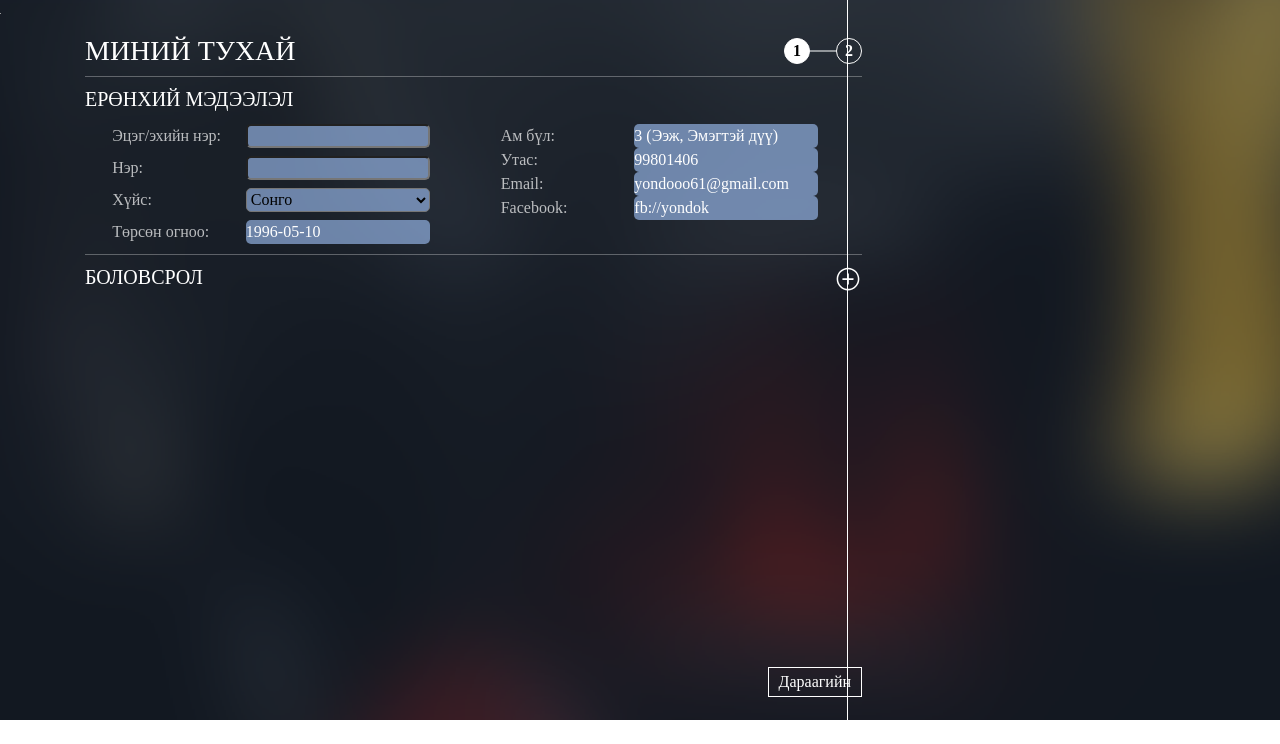
Repository: Yondo202/svProject
Page: /
These files come from the project's save history. The page is drawn as it stood at one moment and after the next save; the edit follows.
The browser window is 1280 px wide. The pictures show the whole page.
The project was rebuilt for these pictures with package versions that can differ from the ones it lists, and the page was loaded fresh each time. The framework's server and built-in components were replaced by stand-ins that run in the browser. Also part of the build but not shown: next.config.js, style/style.scss.

Above is the page before, as saved 2020-11-20 01:30:41.

### pages/_app.js
import React from "react";
import App from "next/app";
import '../style/style.scss'
import { AnimatePresence } from "framer-motion";
import { MenuProvider } from "@/miscs/ContextMenuProvider";
import { ThemeProvider } from "styled-components";
import * as theme from "@/miscs/theme";
import checkLanguage from "@/components/miscs/checkLanguage";

const base = "http://localhost:1337";

class MyApp extends App {
    state = {
        menu: [],
        completelyLoaded: false,
    };
    // async componentDidMount() {
    //     let res = await checkLanguage(queryString, null);
    //     this.setState({ completelyLoaded: true, menu: res.data.menu.Main});
    // }

    render() {
        const { Component, pageProps, router } = this.props;

        return (
            <ThemeProvider theme={theme}>
                <MenuProvider value={this.state}>
                    <AnimatePresence exitBeforeEnter>
                        <Component {...pageProps} key={router.route} />
                    </AnimatePresence>
                </MenuProvider>
            </ThemeProvider>
        );
    }
}

export default MyApp;

const queryString = ``

// const queryString = `
// {
// menu {
//     Main {
//     Title Slug Page {
//         Slug
//         }
//         }
//     }
// }`;

### pages/_document.js
import css from '../style/style.scss'
import Document, { Html, Head, Main, NextScript } from 'next/document'
import Pixel from "@/components/miscs/Pixel";

class MyDocument extends Document {
    render(){
        return(
            <Html lang="mn">
                <Head>
                    <link rel="stylesheet" href="https://stackpath.bootstrapcdn.com/bootstrap/4.3.1/css/bootstrap.min.css" integrity="sha384-ggOyR0iXCbMQv3Xipma34MD+dH/1fQ784/j6cY/iJTQUOhcWr7x9JvoRxT2MZw1T" crossOrigin="anonymous"/>
                    <link rel="shortcut icon" href="/img/ico.png" />
                    <link href="https://fonts.googleapis.com/css2?family=Roboto:wght@300;400;700&display=swap" rel="stylesheet"/>
                    <link href="https://fonts.googleapis.com/css2?family=Poppins:wght@300;400;500&display=swap" rel="stylesheet"></link>
                    <Pixel/>
                </Head>
                <body>
                    <Main/>
                    <NextScript/>
                </body>
            </Html>
        )
    }
}

export default MyDocument

### pages/index.js
import React from "react";
import { motion } from "framer-motion";
import Background from '../components/Top'
import Forms from '../components/mainForm'

function index() {
    return (
        <div>
            <Background />
            <Forms />
        </div>
    )
}

export default index




























// import Root from "@/core/Root";
// import ResolveComponent from "@/components/dynamic/ResolveComponent"
// import checkLanguage from "@/components/miscs/checkLanguage";
// import { MenuContext } from '@/miscs/ContextMenuProvider'
// import { useContext } from "react";

// const Index = ({ data }) => {

//     let { Layout } = data
//     const { completelyLoaded } = useContext(MenuContext);

//     return (
//         <motion.div exit={{ opacity: 0 }} initial={{ opacity: 0 }} animate={{ opacity: 1 }} >
//             <Root noFooter>
//                 {completelyLoaded &&
//                     <ResolveComponent data={Layout} />
//                 }
//             </Root>
//         </motion.div>
//     );

// };
// export default Index;

// export async function getServerSideProps({ params, req }) {
//     let res = await checkLanguage('/home', req, true);
//     return { props: { data: res.data } }
// }

### components/miscs/ContextMenuProvider.js
import React from 'react';

const MenuContext = React.createContext();

const MenuProvider = MenuContext.Provider
const MenuConsumer = MenuContext.Consumer

export {MenuProvider, MenuConsumer, MenuContext}

### components/miscs/theme.js
export const colorOne = "#532532";
export const colorTwo = "#123123";
export const fontSize = "16px";
export const fontFamily1 = "Poppins', sans-serif"

### components/miscs/checkLanguage.js
import fetch from "node-fetch";
import parseCookies from '@/miscs/parseCookies';

const checkLanguage = async (queryString, req, normal) =>{

    const cookies = parseCookies(req);
    const httpObject = { method: 'post', headers: { 'Content-Type': 'application/json'}, body: JSON.stringify({ query: `query ${queryString}`})}

    if(normal){
        return new Promise(async(resolve, reject) => {
            if(cookies['tb-lang'] === "en"){
                const res = await fetch(`http://localhost:1337${queryString}`);
                const pageData = await res.json();
                return resolve({data: pageData});
            }
            else{
                const res = await fetch(`http://localhost:1337${queryString}`);
                const pageData = await res.json();
                return resolve({data: pageData});
            }
        })
    }

    return new Promise(async(resolve, reject)=>{
      if(cookies['tb-lang'] === "en"){
          const res = await fetch('http://localhost:1337/graphql', httpObject)
          const pageData = await res.json()
          return resolve({data: pageData.data});
      }
      else{
          const res = await fetch('http://localhost:1337/graphql', httpObject)
          const pageData = await res.json()
          return resolve({data: pageData.data});
      }
    })

}

export default checkLanguage

### components/miscs/Pixel.js
import React from "react";

export default () => (
    <React.Fragment>
        <script
            dangerouslySetInnerHTML={{
                __html: `!function(f,b,e,v,n,t,s){if(f.fbq)return;n=f.fbq=function(){n.callMethod?n.callMethod.apply(n,arguments):n.queue.push(arguments)};if(!f._fbq)f._fbq=n;n.push=n;n.loaded=!0;n.version='2.0';n.queue=[];t=b.createElement(e);t.async=!0;t.src=v;s=b.getElementsByTagName(e)[0];s.parentNode.insertBefore(t,s)}(window,document,'script','https://connect.facebook.net/en_US/fbevents.js');fbq('init', '626874991348714'); fbq('track', 'PageView');`,
            }}
        />
        <noscript
            dangerouslySetInnerHTML={{
                __html: `<img height="1" width="1" src="https://www.facebook.com/tr?id=626874991348714&ev=PageView&noscript=1"/>`,
            }}
        />
    </React.Fragment>
);

### components/Top.js
// import React from 'react';

// const Test = ({data}) => {
//     return (
//         <div>
//             {data.Title && <h1>{data.Title}hahhaha</h1>}
//         </div>
//     );
// };

// export default Test;

import React from 'react'
import styled from 'styled-components'
function top({data}) {
    return (
        <Conainer style={{backgroundImage:"url('/img/Blur.png')"}}>
        </Conainer>
    )
}

export default top


const Conainer = styled.div`
    color:white;
    background-size: cover;
    background-position:center center;
    min-height: 80vh;
    max-height: 100vh;
    height: 100vh;
    width: 100%;
    position: fixed;
    top:0;
    z-index: -2;
`

### components/miscs/parseCookies.js
import cookie from 'cookie'

export default function parseCookies(req) {
    return cookie.parse(req ? req.headers.cookie || "" : document.cookie);
}

### components/form1.js
import React,{useState} from 'react'
import styled from 'styled-components'
import Modal from 'react-modal';
import {IoIosAddCircleOutline} from 'react-icons/io'
import {RiAddLine} from 'react-icons/ri'
import Education from '../components/education'
import Axios from 'axios';


const customStyles = {
    content : {
      top                   : '50%',
      left                  : '50%',
      right                 : 'auto',
      bottom                : 'auto',
      marginRight           : '-50%',
      transform             : 'translate(-50%, -50%)'
    }
  };

function form1() {
    var subtitle;
    const [modalIsOpen,setIsOpen] = React.useState(false);
    function openModal() {
      setIsOpen(true);
    }
    function closeModal(){
    setIsOpen(false);
    }
    const [Value,setValue] = useState('хоосон');


    const handleClick = async (e) =>{
        e.preventDefault();
        let rs = document.querySelectorAll('.getinput');
        let arr = Array.from(rs);
        let final = {};
        arr.map(element=>{
            let field = element.name;
            let value = element.value;
            final[field] = value
        });
        console.log(final, "kekeke")
        await Axios.post('http://localhost:1337/forms', final);
    }
    // const capitalize = (s) => {
    //     if (typeof s !== 'string') return ''
    //     return s.charAt(0).toUpperCase() + s.slice(1)
    //   }

    return (
        <Conainer>
            <div className="headerPAr">
                <h5 className="title">ЕРӨНХИЙ МЭДЭЭЛЭЛ</h5>
            </div>
            <div className="ParentInfo">
                <div className="colOne">
                    <div className="main-info">
                        <label className="B">Эцэг/эхийн нэр:</label>
                        <input className="getinput val" type="text" name="parent" />
                    </div>
                    <div className="main-info">
                        <label className="B">Нэр:</label>
                        <input className="getinput val" type="text" name="name" />
                    </div>
                    <div className="main-info">
                        <label className="B">Хүйс:</label>
                        <select className="getinput val" name="sex" placeholder="сүно">
                            <option value="" >Сонго</option>
                            <option value="man">Эрэгтэй</option>
                            <option value="women">Эмэгтэй</option>
                        </select>
                    </div>
                    <div className="main-info">
                        <span className="B">Төрсөн огноо:</span>
                        <span className="val">1996-05-10</span>
                    </div>
                </div>

                <div className="colOne">
                    <div className="main-info">
                        <span className="B">Ам бүл:</span>
                        <span className="val">3 (Ээж, Эмэгтэй дүү)</span>
                    </div>
                    <div className="main-info">
                        <span className="B">Утас:</span>
                        <span className="val">99801406</span>
                    </div>
                    <div className="main-info">
                        <span className="B">Email:</span>
                        <span className="val">yondooo61@gmail.com</span>
                    </div>
                    <div className="main-info">
                        <span className="B">Facebook:</span>
                        <span className="val">fb://yondok</span>
                    </div>
                </div>
            </div>

            <Education />
        </Conainer>
    )
}

export default form1

const Conainer = styled.div`
    padding-top:10px;
    .headerPAr{
        width:70%;
        display:flex;
        flex-direction:row;
        justify-content:space-between;
        margin-bottom:5px;
        .svgBtn{
            cursor:pointer;
            font-size:28px;
            border-radius:50%;
            transition:all 0.3s ease;
            &:hover{
                color:black;
                background:white;
            }
        }
    }
    .ParentInfo{
         display:flex;
         flex-direction: row;
         justify-content:space-around;
         width:70%;
         font-size:16px;
         border-bottom: solid 0.5px rgba(255,255,255, 0.3);
         padding-bottom:10px;
         .colOne{
             width:43%;
             .main-info{
                display:flex;
                flex-direction:row;
                justify-content:start;

                 .B{
                     color:rgba(255,255,255, 0.7);
                     width:40%;
                 }
                 .val{
                    border-radius:5px;
                    width:55%;
                    background:rgba(166,200,255, 0.6);
                    height:24px;
                 }
             }
         }
    }
    @media only screen and (max-width:786px){
        .headerPAr{
            width:100%;
        }
        .ParentInfo{
            flex-direction: column;
            width:100%;
            .colOne{
                width:100%;
            }
        }
    }
`

### components/form2.js
import React from 'react'
import styled from 'styled-components'
import Modal from 'react-modal';
import {IoIosAddCircleOutline} from 'react-icons/io'
import {RiAddLine} from 'react-icons/ri'
import Education from '../components/education'


const customStyles = {
    content : {
      top                   : '50%',
      left                  : '50%',
      right                 : 'auto',
      bottom                : 'auto',
      marginRight           : '-50%',
      transform             : 'translate(-50%, -50%)'
    }
  };

function form2() {
    var subtitle;
    const [modalIsOpen,setIsOpen] = React.useState(false);
    function openModal() {
      setIsOpen(true);
    }
    function afterOpenModal() {
        // references are now sync'd and can be accessed.
        subtitle.style.color = '#0E3232';
      }
    function closeModal(){
    setIsOpen(false);
    }
    return (
        <Conainer>
            <div className="headerPAr">
                <h5 className="title">ЕРӨНХИЙ МЭДЭЭЛЭЛ</h5>
                <div>
                <IoIosAddCircleOutline  className="svgBtn" onClick={openModal} />
                {/* <span  className="svgBtn" onClick={openModal}>+</span> */}
                    <Modal
                        isOpen={modalIsOpen}
                        onAfterOpen={afterOpenModal}
                        onRequestClose={closeModal}
                        style={customStyles}
                        contentLabel="Example Modal"
                    >
                        {/* <h2 ref={_subtitle => (subtitle = _subtitle)}>Hello</h2> */}
                        <button onClick={closeModal}>close</button>
                        <form>
                            {/* <input />
                            <button>tab navigation</button>
                            <button>stays</button>
                            <button>inside</button>
                            <button>the modal</button> */}
                        </form>
                    </Modal>
                    </div>
                </div>
            <div className="ParentInfo">
                <div className="colOne">
                    <div className="main-info">
                        <span className="B">Эцэг/эхийн нэр:</span>
                        <span className="val">Гантулга</span>
                    </div>
                    <div className="main-info">
                        <span className="B">Нэр:</span>
                        <span className="val">Ёндонжамц</span>
                    </div>
                    <div className="main-info">
                        <span className="B">Хүйс:</span>
                        <span className="val">Эр</span>
                    </div>
                    <div className="main-info">
                        <span className="B">Төрсөн огноо:</span>
                        <span className="val">1996-05-10</span>
                    </div>
                </div>

                <div className="colOne">
                    <div className="main-info">
                        <span className="B">Ам бүл:</span>
                        <span className="val">3 (Ээж, Эмэгтэй дүү)</span>
                    </div>
                    <div className="main-info">
                        <span className="B">Утас:</span>
                        <span className="val">99801406</span>
                    </div>
                    <div className="main-info">
                        <span className="B">Email:</span>
                        <span className="val">yondooo61@gmail.com</span>
                    </div>
                    <div className="main-info">
                        <span className="B">Facebook:</span>
                        <span className="val">fb://yondok</span>
                    </div>
                </div>
            </div>

            <Education />
        </Conainer>
    )
}

export default form2

const Conainer = styled.div`
    padding-top:10px;
    .headerPAr{
        width:70%;
        display:flex;
        flex-direction:row;
        justify-content:space-between;
        margin-bottom:5px;
        .svgBtn{
            cursor:pointer;
            font-size:28px;
            border-radius:50%;
            transition:all 0.3s ease;
            &:hover{
                color:black;
                background:white;
            }
        }
    }
    .ParentInfo{
         display:flex;
         flex-direction: row;
         justify-content:space-around;
         width:70%;
         font-size:16px;
         border-bottom: solid 0.5px rgba(255,255,255, 0.3);
         padding-bottom:10px;
         .colOne{
             width:43%;
             .main-info{
                display:flex;
                flex-direction:row;
                justify-content:space-between;

                 .B{
                     color:rgba(255,255,255, 0.7);
                     width:40%;
                 }
                 .val{
                    // margin-left:15px;
                    width:55%;
                 }
             }
         }
    }
`

### components/education.js
import React from 'react'
import styled from 'styled-components'
import {IoIosAddCircleOutline} from 'react-icons/io'
import Modal from 'react-modal';

const customStyles = {
    content : {
      top                   : '50%',
      left                  : '50%',
      right                 : 'auto',
      bottom                : 'auto',
      marginRight           : '-50%',
      transform             : 'translate(-50%, -50%)'
    }
  };
function education() {
    var subtitle;
    const [modalIsOpen,setIsOpen] = React.useState(false);
    function openModal() {
      setIsOpen(true);
    }
    function afterOpenModal() {
        // references are now sync'd and can be accessed.
        subtitle.style.color = '#0E3232';
      }
    function closeModal(){
    setIsOpen(false);
    }


    return (
        <Container>
            <div className="headerPAr">
                <h5 className="title">БОЛОВСРОЛ</h5>
                <div>
                <IoIosAddCircleOutline className="svgBtn" onClick={openModal} />
                    <Modal
                        isOpen={modalIsOpen}
                        onAfterOpen={afterOpenModal}
                        onRequestClose={closeModal}
                        style={customStyles}
                        contentLabel="Example Modal"
                    >
                        <h2 ref={_subtitle => (subtitle = _subtitle)}>Hello</h2>
                        <button onClick={closeModal}>close</button>
                        <form>
                            <input />
                            <button>tab navigation</button>
                            <button>stays</button>
                            <button>inside</button>
                            <button>the modal</button>
                        </form>
                    </Modal>
                    </div>
                </div>
        </Container>
    )
}

export default education


const Container = styled.div`
    padding-top:10px;

`

Loaded but not shown: components/mainForm.js (180 lines, source omitted)

After the next save:
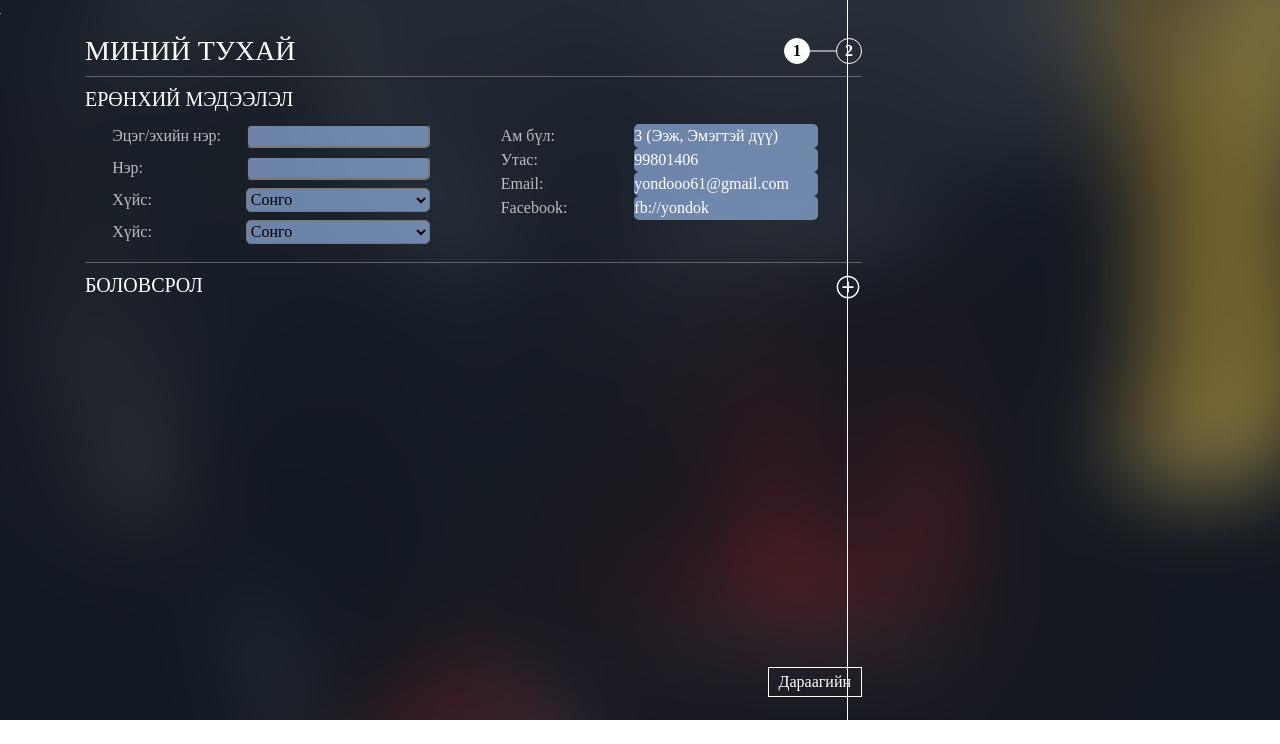
Saved 40 s later.
--- a/components/form1.js
+++ b/components/form1.js
@@ -72,8 +72,12 @@ function form1() {
                         </select>
                     </div>
                     <div className="main-info">
-                        <span className="B">Төрсөн огноо:</span>
-                        <span className="val">1996-05-10</span>
+                    <label className="B">Хүйс:</label>
+                        <select className="getinput val" name="sex" placeholder="сүно">
+                            <option value="" >Сонго</option>
+                            <option value="man">Эрэгтэй</option>
+                            <option value="women">Эмэгтэй</option>
+                        </select>
                     </div>
                 </div>
 
